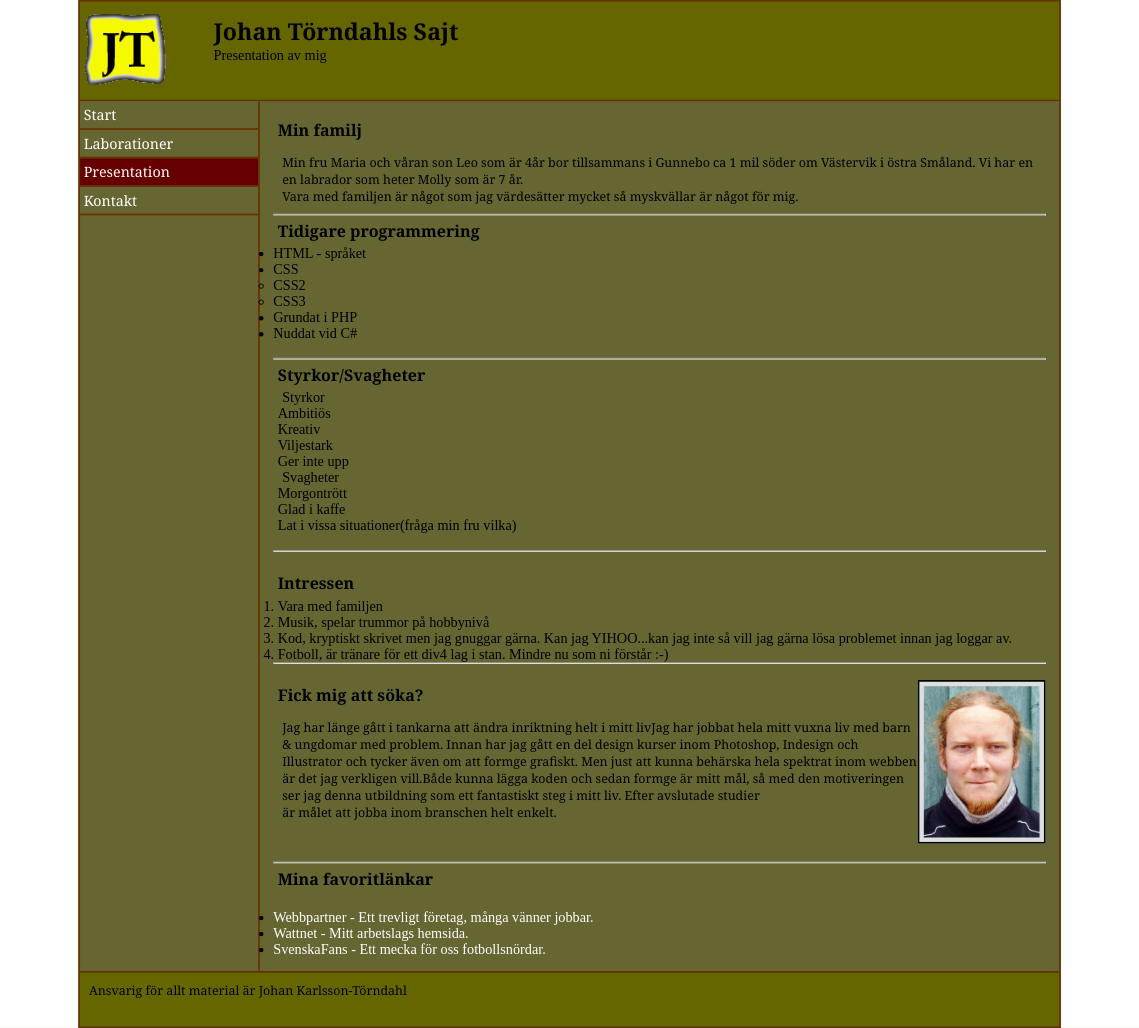
Repository: jt222ia/1ik415-jt222ia-laborationer
Page: pages/presentation.html
The author's editor kept a record of every edit. The page is drawn from the files as they stood at one moment, then again after the next edit.
The browser window is 1280 px wide. The pictures show the whole page, at 89% of full size.

Above is the page before.

After the next edit:
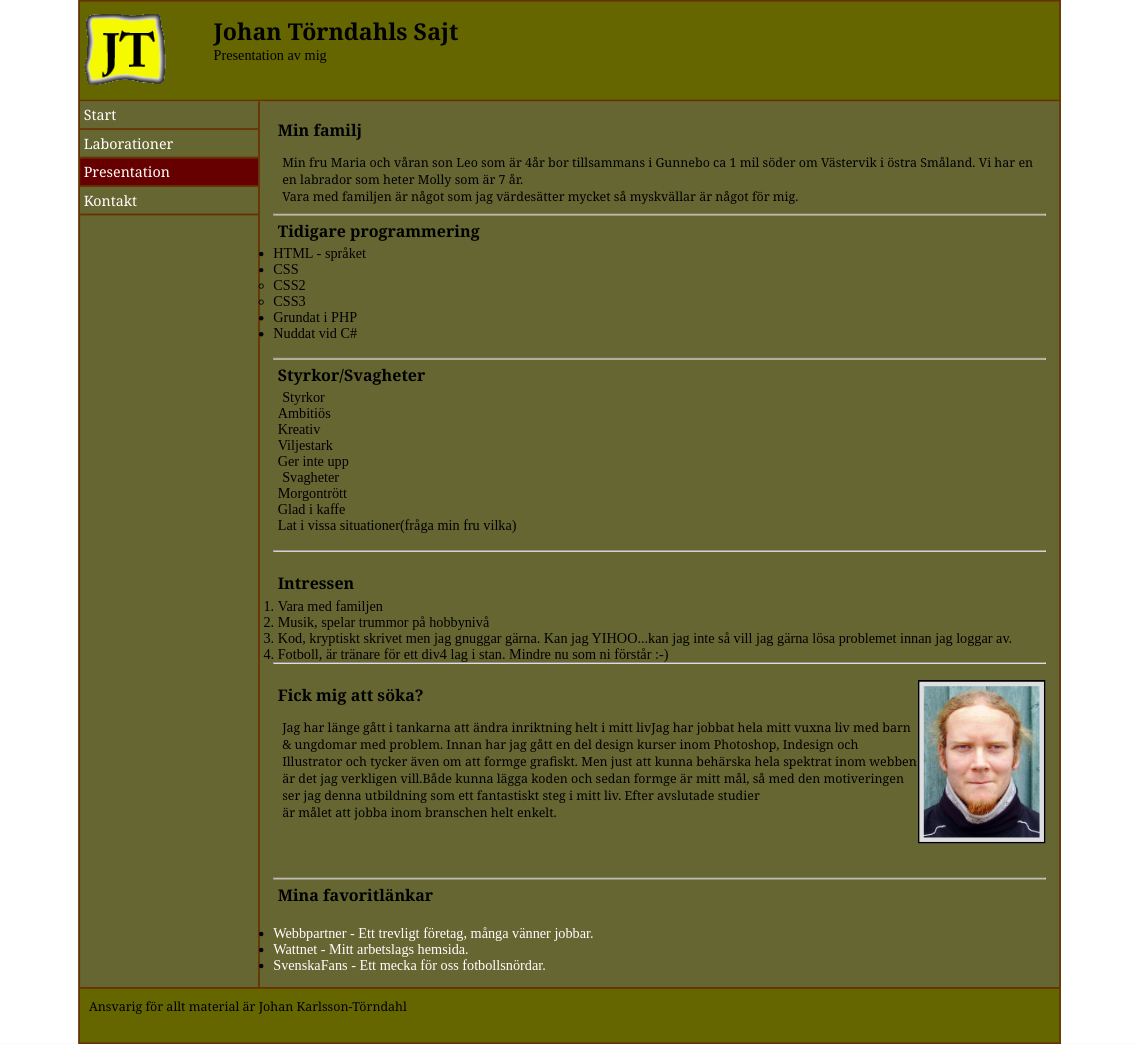
The edit:
--- a/pages/presentation.html
+++ b/pages/presentation.html
@@ -88,7 +88,7 @@
 
 
      <!-- Nu avslutar jag presentationen av mig. Hoppas det var trevlig läsning -->
-                     <br><br>
+                     <br><br><br>
                       <hr />
             <h3>Mina favoritlänkar</h3><br>
                      <ul>
